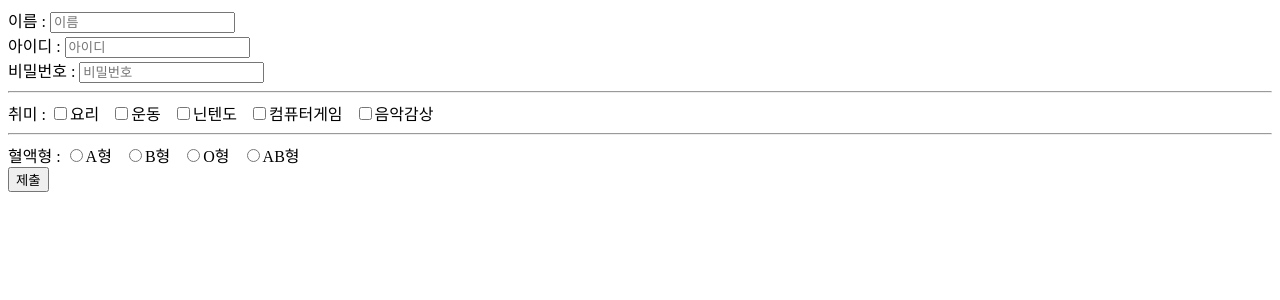
Repository: gowjd4419/jsp
Page: http://localhost/JSPBasic/jspobject/request/req_user_form.jsp
An editor plug-in stored every save of this project. The page is shown before and after the next save, followed by the edit.
The browser window is 1280 px wide. The pictures show the whole page.
The page is served by Tomcat 9.

Above is the page before, as saved 2022-03-25 11:08:03.

### JSPBasic/src/main/webapp/jspobject/request/req_user_form.jsp
<%@ page language="java" contentType="text/html; charset=UTF-8"
    pageEncoding="UTF-8"%>
<!DOCTYPE html>
<html>
<head>
<meta charset="UTF-8">
<title>Insert title here</title>
</head>
<body>
<%-- 현재 파일인 req_user_form.jsp에 폼 태그를 만들기
     목적지는 함께 req_user.jsp파일이고 post방식으로 데이터를 전달
     먼저 이름, 아이디, 비밀번호를 입력해 보낼 수 있는 input태그를 만들기
     각 태그의 name 속성은 uname,uid,upw 이다.
     데이터를 받아주는 req_user.jsp에서 한글이 깨지지 않도록 받아서 화면에 출력 --%>
 <form action = http://localhost:8181/JSPBasic/jspobject/request/req_user.jsp method="post">
      이름 : <input type = "text" name="uname" placeholder="이름"><br>
      아이디 : <input type = "text" name="uid" placeholder="아이디"><br><!-- placeholder적용시 회색으로 뭘 입력해야하는지 나옴 -->
      비밀번호 : <input type = "password" name="upw"placeholder="비밀번호"><br>
      <hr>

      취미 :
      <%--input 태그 내부에 value 값을 이용해 선택되었을때 전달될 데이터를 정할 수 있습니다. --%>
      <input type = "checkbox" name="hobby" value="요리">요리 &nbsp; <!-- name="hobby"까지만 적으면 취미:on / null 로만 뜸 value값을 주어야함 -->
      <input type = "checkbox" name="hobby" value="운동">운동 &nbsp;
      <input type = "checkbox" name="hobby" value="닌텐도">닌텐도 &nbsp;
      <input type = "checkbox" name="hobby" value="컴퓨터게임">컴퓨터게임 &nbsp;
      <input type = "checkbox" name="hobby" value="음악감상">음악감상 &nbsp;
      <hr>
      혈액형 :
      <input type="radio" name="blood" value="A">A형 &nbsp;
      <input type="radio" name="blood" value="B">B형 &nbsp;
      <input type="radio" name="blood" value="O">O형 &nbsp;
      <input type="radio" name="blood" value="AB">AB형 &nbsp;

      <br>
      <input type="submit" value="제출">
</body>
</html>

After the next save:
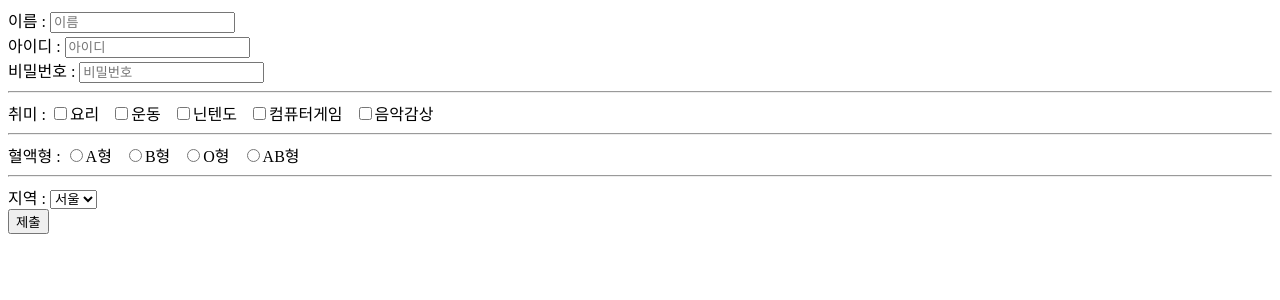
Saved 5 min 43 s later.
--- a/JSPBasic/src/main/webapp/jspobject/request/req_user_form.jsp
+++ b/JSPBasic/src/main/webapp/jspobject/request/req_user_form.jsp
@@ -31,6 +31,19 @@
       <input type="radio" name="blood" value="B">B형 &nbsp;
       <input type="radio" name="blood" value="O">O형 &nbsp;
       <input type="radio" name="blood" value="AB">AB형 &nbsp;
+      <hr>
+      지역 :
+      <select name="region">
+          <option value="서울">서울</option>
+          <option value="경기">경기</option>
+          <option value="강원">강원</option>
+          <option value="충청">충청</option>
+          <option value="전라">전라</option>
+          <option value="경상">경상</option>
+          <option value="제주">제주</option>
+
+      </select>
+
 
       <br>
       <input type="submit" value="제출">
